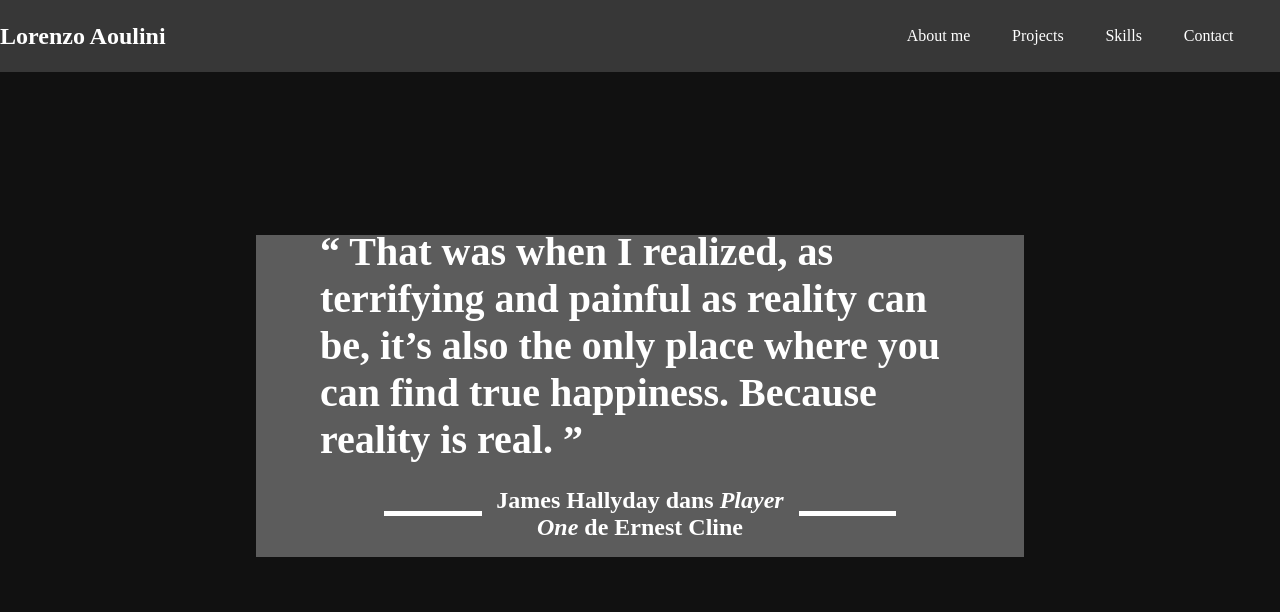
Repository: lolo298/lolo298.github.io
Page: index.html
An editor plug-in stored every save of this project. The page is shown before and after the next save, followed by the edit.
The browser window is 1280 px wide. The pictures show the whole page.

Above is the page before, as saved 2022-05-10 14:23:42.

### index.html
<!DOCTYPE html>
<html lang="en">

<head>
    <meta charset="UTF-8">
    <meta http-equiv="X-UA-Compatible" content="IE=edge">
    <meta name="viewport" content="width=device-width, initial-scale=1.0">
    <link rel="stylesheet" href="css/style.css">
    <script src="js/functions.js"></script>
    <title>Portfolio</title>
</head>

<body>
    <div class="main-container">
        <nav class="main-navbar">
            <h1>Lorenzo Aoulini</h1>
            <div class="main-navbar-list">
                <a class="main-navbar-item" href="#">
                    <div>Contact</div>
                </a>
                <a class="main-navbar-item" href="#">
                    <div>Skills</div>
                </a>
                <a class="main-navbar-item" href="#">
                    <div>Projects</div>
                </a>
                <a class="main-navbar-item" href="#">
                    <div>About me</div>
                </a>
            </div>

        </nav>
        <div class="landing">
            <div class="quote-container">
                <div class="quote-text">
                    <q>
                    That was when I realized, as terrifying and painful as reality can be, it’s also the only place where you can find true happiness. Because reality is real.
                </q>
                </div>
                <div class="author">
                    <div class="author-separation"></div>
                    <div class="author-content">
                        <p>
                            James Hallyday dans
                            <cite>Player One</cite> de Ernest Cline
                        </p>
                    </div>
                    <div class="author-separation"></div>
                </div>

            </div>
        </div>
    </div>

</body>

</html>

### css/style.css
    html {
        background-color: #111111;
    }

    body {
        padding: 0;
        margin: 0;
        width: 100vw;
        height: 100vh;
    }
    /*-------------------*/
    /* styling of navbar */
    /*-------------------*/

    .main-container {
        color: white;
        height: 100%;
        width: 100%;
    }

    .main-navbar {
        background-color: #373737;
        height: 10%;
        width: 100%;
        display: flex;
        justify-content: space-between;
        align-items: center;
    }

    .main-navbar>* {
        margin: 0;
    }

    .main-navbar>h1 {
        width: 20%;
    }

    .main-navbar-list {
        width: 100%;
        display: flex;
        flex-direction: row-reverse;
        align-items: center;
        list-style: none;
        margin-right: 2%;
        height: 100%;
    }

    .main-navbar-item {
        display: flex;
        align-items: center;
        justify-content: center;
        text-decoration: none;
        color: white;
        width: max-content;
        height: 100%;
        padding: 0% 2% 0% 2%;
    }

    .main-navbar-item:hover {
        background-color: #6A6A6A;
    }

    .main-navbar-item>div {
        width: max-content;
    }
    /*-------------------------*/
    /* styling of landing page */
    /*-------------------------*/

    .landing {
        height: 90%;
        width: 100%;
        display: flex;
        justify-content: center;
        align-items: center;
    }
    /*------------------*/
    /* styling of quote */
    /*------------------*/

    .quote-container {
        width: 50%;
        height: 30%;
        padding: 5%;
        margin: auto;
        display: flex;
        justify-content: center;
        align-items: center;
        flex-direction: column;
        background-color: rgba(196, 196, 196, 0.42);
    }

    .quote-text {
        font-size: 2.5em;
        font-weight: bold;
    }

    .author-content {
        font-size: 1.5em;
        font-weight: bold;
        text-align: center;
    }

    .author {
        width: 80%;
        display: flex;
        flex-direction: row;
        justify-content: space-between;
        align-items: center;
    }

    .author-separation {
        width: 30%;
        height: 4%;
        background-color: white;
    }

Loaded but not shown: js/functions.js (no copy from this time; the picture is the same without it)

After the next save:
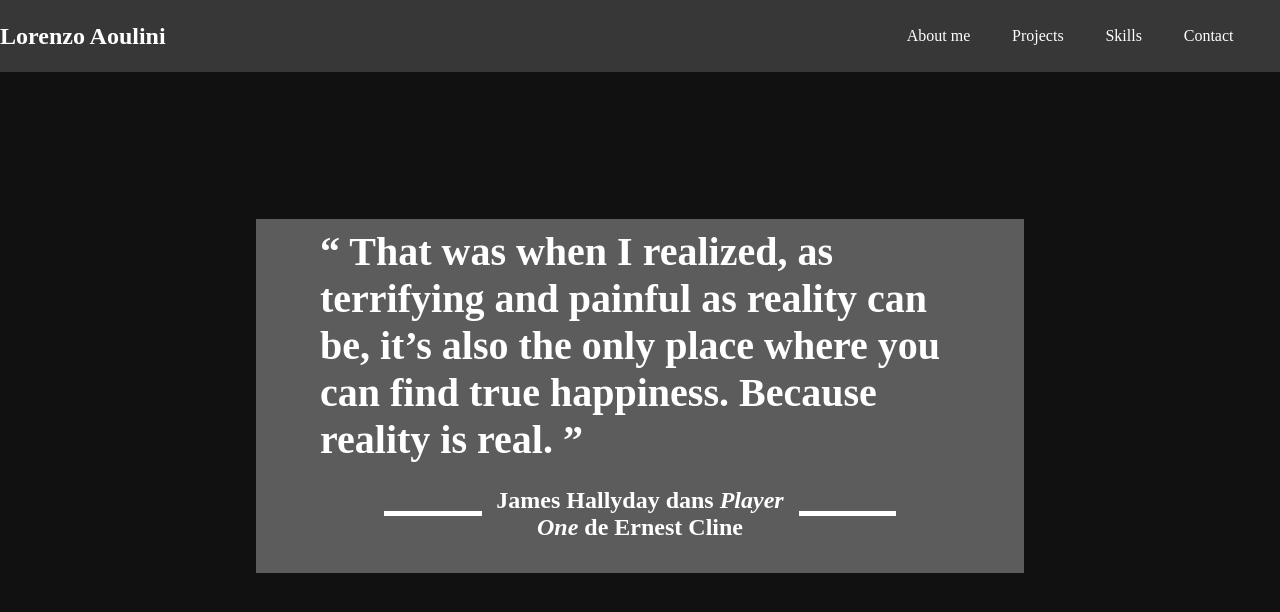
Saved 10 s later.
--- a/css/style.css
+++ b/css/style.css
@@ -80,7 +80,7 @@
 
     .quote-container {
         width: 50%;
-        height: 30%;
+        height: 35%;
         padding: 5%;
         margin: auto;
         display: flex;
